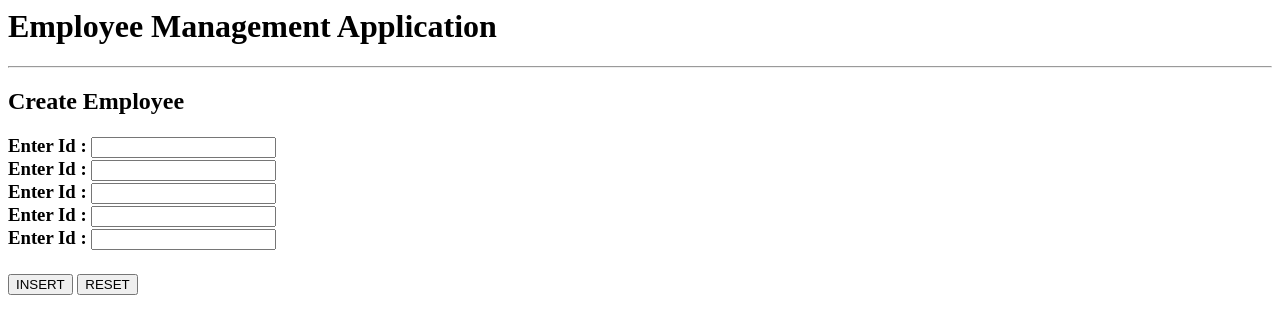
Repository: jayaprakash1250/SpringBootProjects
Page: springdataJPAdemo/src/main/webapp/index.html
An editor plug-in stored every save of this project. The page is shown before and after the next save, followed by the edit.
The browser window is 1280 px wide. The pictures show the whole page.

Above is the page before, as saved 2022-06-01 06:40:47.

### springdataJPAdemo/src/main/webapp/index.html
<h1> Employee Management Application </h1>
<hr>
<h2> Create Employee </h2>
<form action = "createEmp">
   <h3>
     Enter Id : <input type = "tex" name = "eid"><br/>
     Enter Id : <input type = "tex" name = "eid"><br/>
     Enter Id : <input type = "tex" name = "eid"><br/>
     Enter Id : <input type = "tex" name = "eid"><br/>
     Enter Id : <input type = "tex" name = "eid"><br/>
     <br/>

     <input type = "submit" value = "INSERT"/>
     <input type = "reset" value = "RESET"/>
   </h3>
</form>

After the next save:
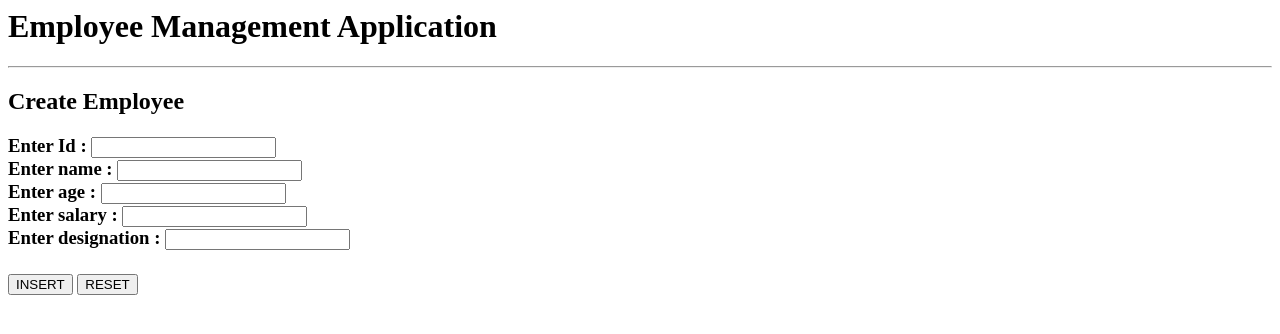
Saved 68 s later.
--- a/springdataJPAdemo/src/main/webapp/index.html
+++ b/springdataJPAdemo/src/main/webapp/index.html
@@ -3,11 +3,11 @@
 <h2> Create Employee </h2>
 <form action = "createEmp">
    <h3>
-     Enter Id : <input type = "tex" name = "eid"><br/>
-     Enter Id : <input type = "tex" name = "eid"><br/>
-     Enter Id : <input type = "tex" name = "eid"><br/>
-     Enter Id : <input type = "tex" name = "eid"><br/>
-     Enter Id : <input type = "tex" name = "eid"><br/>
+     Enter Id : <input type = "number" name = "eid"><br/>
+     Enter name : <input type = "text" name = "name"><br/>
+     Enter age : <input type = "number" name = "age"><br/>
+     Enter salary : <input type = "number" name = "salary"><br/>
+     Enter designation : <input type = "text" name = "designation"><br/>
      <br/>
 
      <input type = "submit" value = "INSERT"/>
